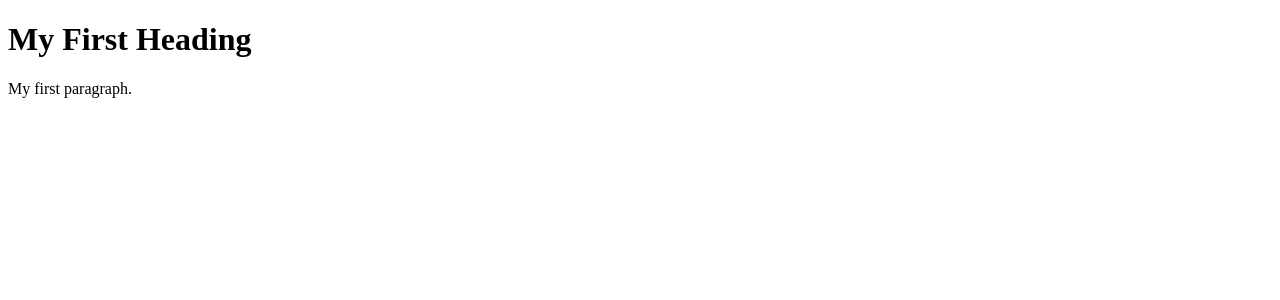
Repository: jason-ward220/jason-ward220.github.io
Page: index.html
The author's editor kept a record of every edit. The page is drawn from the files as they stood at one moment, then again after the next edit.
The browser window is 1280 px wide. The pictures show the whole page.

Above is the page before.

### index.html
<!DOCTYPE html>
<html>

    <head>
        <title>My First Webpage</title>
    </head>

    <body>
        <h1>My First Heading</h1>
        <p>My first paragraph.</p>
    </body>

</html>

After the next edit:
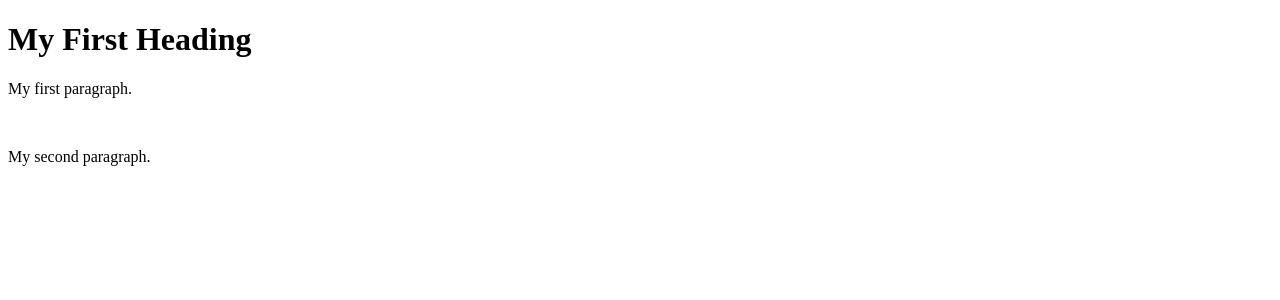
The edit:
--- a/index.html
+++ b/index.html
@@ -7,7 +7,8 @@
 
     <body>
         <h1>My First Heading</h1>
-        <p>My first paragraph.</p>
+        <p>My first paragraph.</p><br>
+        <p>My second paragraph.</p>
     </body>
 
 </html>
